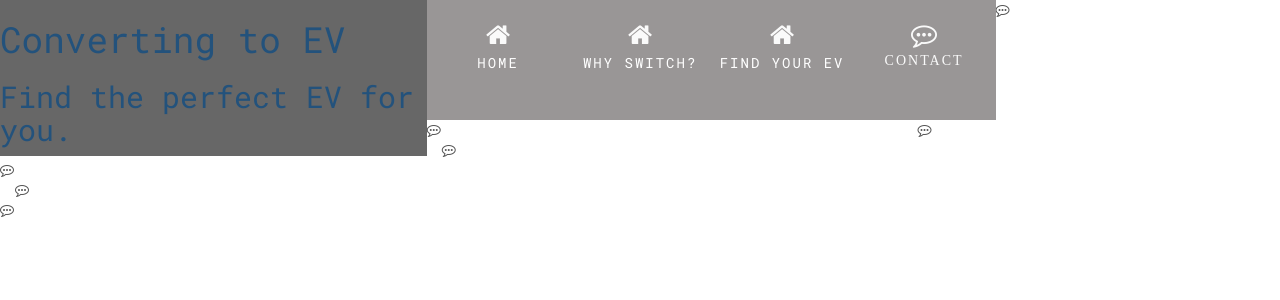
Repository: gnisco/2nd-project
Page: index.html
The author's editor kept a record of every edit. The page is drawn from the files as they stood at one moment, then again after the next edit.
The browser window is 1280 px wide. The pictures show the whole page.
Some web libraries are served in a nearby version.

Above is the page before.

### index.html
<!DOCTYPE html>
<html lang="en">
<head>
    <link rel="stylesheet" href="https://maxcdn.bootstrapcdn.com/bootstrap/3.3.7/css/bootstrap.min.css" type="text/css" />
    <link rel="stylesheet" href="https://maxcdn.bootstrapcdn.com/font-awesome/4.7.0/css/font-awesome.min.css" type="text/css" />
    <link rel="stylesheet" href="https://cdnjs.cloudflare.com/ajax/libs/hover.css/2.1.1/css/hover-min.css" type="text/css" />
    <link rel="stylesheet" href="assets/css/style.css" type="text/css" />
    <title>Convert to EV</title>
</head>
<body>
    <header class="container-fluid">
        <div class="row">
            <a href="index.html">
                <div class="col-md-4 logo">
                    <div class="row bg-color-name-title">
                        <div class="heading">
                            <h1 class="name">Converting to EV</h1>
                            <h2 class="title">Find the perfect EV for you.</h2>
                        </div>
                    </div>
                </div>

            </a>
            <div class="col-md-8">

                <div class="row">
                    <ul id="nav" class="list-inline clearfix">
                        <li class="col-xs-6 col-sm-2 ui-menu-color-home menuitem">
                            <a href="index.html" class="hvr-sweep-to-top"><i class="fa fa-home" aria-hidden="true"></i><span>Home</span></a>
                        </li>
                        <li class="col-xs-6 col-sm-2 ui-menu-color-why-switch menuitem">
                            <a href="why-switch.html" class="hvr-sweep-to-top"><i class="fa fa-home" aria-hidden="true"></i><span>Why switch?</span></a>
                        </li>
                        <li class="col-xs-6 col-sm-2 ui-menu-color-find-your-ev menuitem">
                            <a href="find-your-ev.html" class="hvr-sweep-to-top"><i class="fa fa-home" aria-hidden="true"></i><span>Find your EV</span></a>
                        </li>
                        <li class="col-xs-6 col-sm-2 ui-menu-color-contact menuitem">
                            <a href="contact.html" class="hvr-sweep-to-top"><i class=" fa fa-commenting-o" aria-hidden="true"><span>Contact</span></a>
                        </li>
                    </ul>
                </div>
            </div>
        </div>
    </header>

</body>
</html>

### assets/css/style.css
@import url('https://fonts.googleapis.com/css?family=Roboto+Mono&display=swap');

#nav {
    margin: 0;
}

#nav li {
    padding: 0;
}

.menuitem {
    height: 120px;
    text-align: center;
    padding: 0;
}

.menuitem a {
    width: 100%;
    text-decoration: none;
    color: #ffffff;
    height: 120px;
}


.menuitem a i {
    padding-top: 22px;
    display: block;
    color: #fafafa;
    font-size: 26px;
}

.menuitem span {
    display: block;
    width: 100%;
    padding-top: 5px;
    text-align: center;
    text-transform: uppercase;
    font-size: 14px;
    font-weight: 300;
    letter-spacing: 2px;
}


/*--------------------------------------------Hover.css*/

.hvr-sweep-to-bottom:before {
    background: rgba(0, 0, 0, 0.2);
    height: 120px;
}

/*--------------------------------------------Colors*/

.bg-color-name-title {
    background-color: #676767;
}

.ui-menu-color-home {
    background-color: #999696;
}

.ui-menu-color-why-switch {
    background-color: #999696;
}

.ui-menu-color-find-your-ev {
    background-color: #999696;
}

.ui-menu-color-contact {
    background-color: #999696;
}




body {
    font-family: Roboto Mono, sans-serif;
    font-weight: 200;
    background-color: #fffff;
    color: #555555;
}

After the next edit:
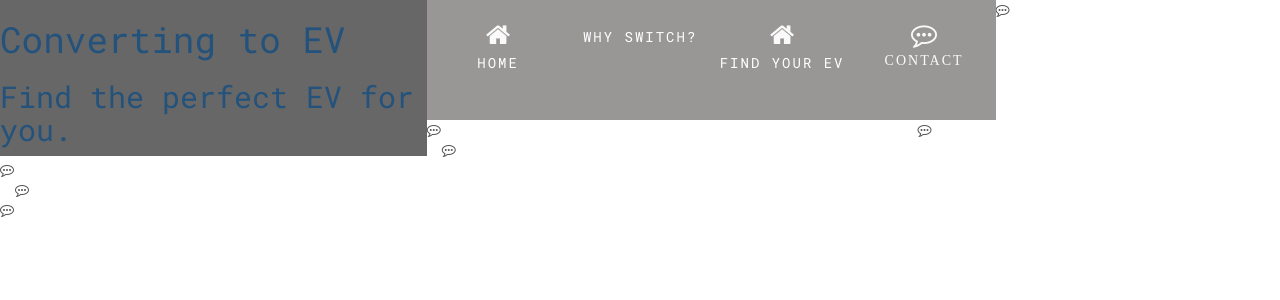
The edit:
--- a/index.html
+++ b/index.html
@@ -29,7 +29,7 @@
                             <a href="index.html" class="hvr-sweep-to-top"><i class="fa fa-home" aria-hidden="true"></i><span>Home</span></a>
                         </li>
                         <li class="col-xs-6 col-sm-2 ui-menu-color-why-switch menuitem">
-                            <a href="why-switch.html" class="hvr-sweep-to-top"><i class="fa fa-home" aria-hidden="true"></i><span>Why switch?</span></a>
+                            <a href="why-switch.html" class="hvr-sweep-to-top"><i class="fad fa-repeat-alt" aria-hidden="true"></i><span>Why switch?</span></a>
                         </li>
                         <li class="col-xs-6 col-sm-2 ui-menu-color-find-your-ev menuitem">
                             <a href="find-your-ev.html" class="hvr-sweep-to-top"><i class="fa fa-home" aria-hidden="true"></i><span>Find your EV</span></a>
